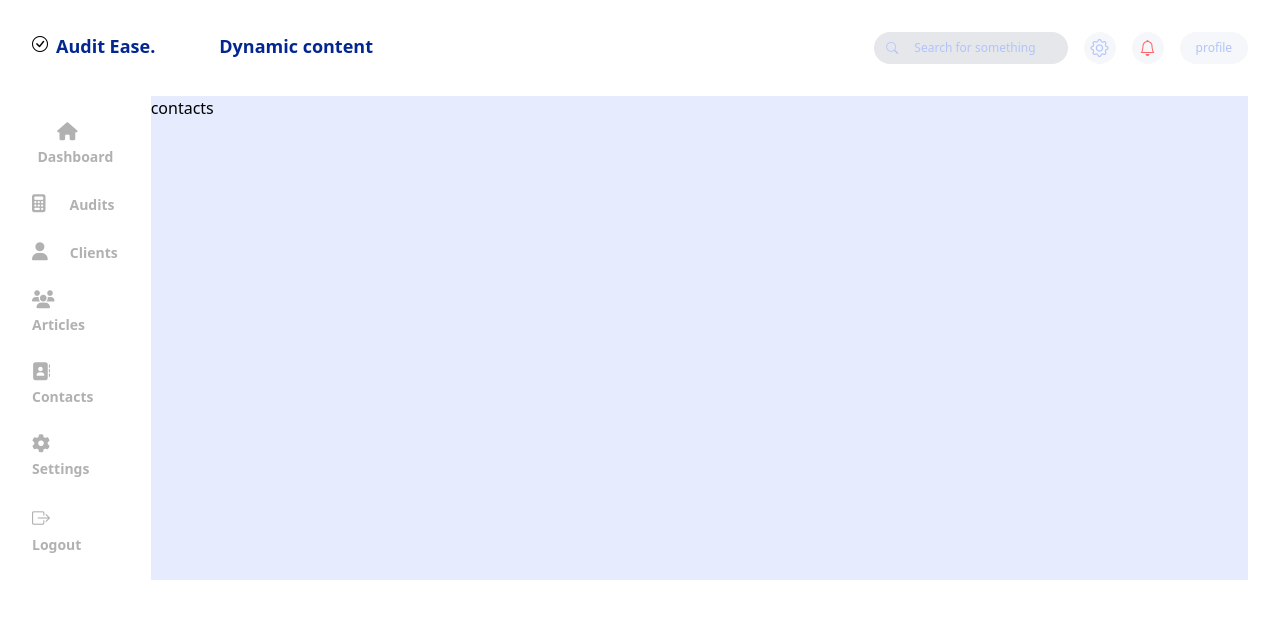
Repository: EclipticCode/Audit-Ease-FE
Page: /contacts
The author's editor kept a copy of each file at every save. The page is drawn from the files as they stood at one save, then again after a run of saves.
The browser window is 1280 px wide. The pictures show the whole page.
Some web libraries are served in a nearby version. The project was rebuilt for these pictures with package versions that can differ from the ones it lists, and the page was loaded fresh each time. Also part of the build but not shown: vite.config.js, Login.jsx, src/Navbar.jsx, src/Pages/Dashboard.jsx, src/Pages/Audits.jsx, src/Pages/Articles.jsx, src/Pages/Clients.jsx.

Above is the page before, as saved 2025-03-27 23:09:41.

After the next 2 saves:
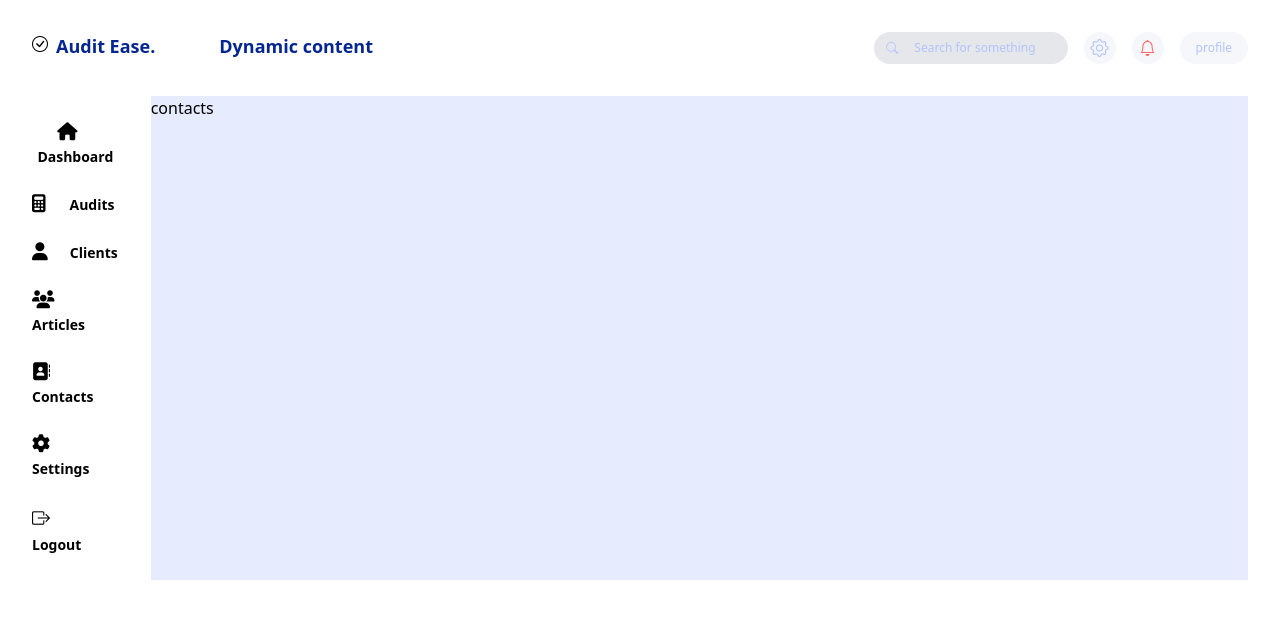
The 2 saves are shown as one change because they came seconds apart.
The last was saved 3 min 40 s later.
--- a/src/Pages/Contacts.jsx
+++ b/src/Pages/Contacts.jsx
@@ -5,7 +5,7 @@
   return (
    <div className='grid grid-cols-12 gap-4 m-8'>
       <div>
-        <div className='flex flex-col col-start-1 col-end-3 text-light-secondary mt-6'>
+        <div className='flex flex-col col-start-1 col-end-3 before:text-light-secondary mt-6'>
             <div className='mb-6'>
             <button>
             <span><i className="fa-solid fa-house mr-4 text-lg"></i></span><span className='font-semibold text-sm'>

After the save that followed:
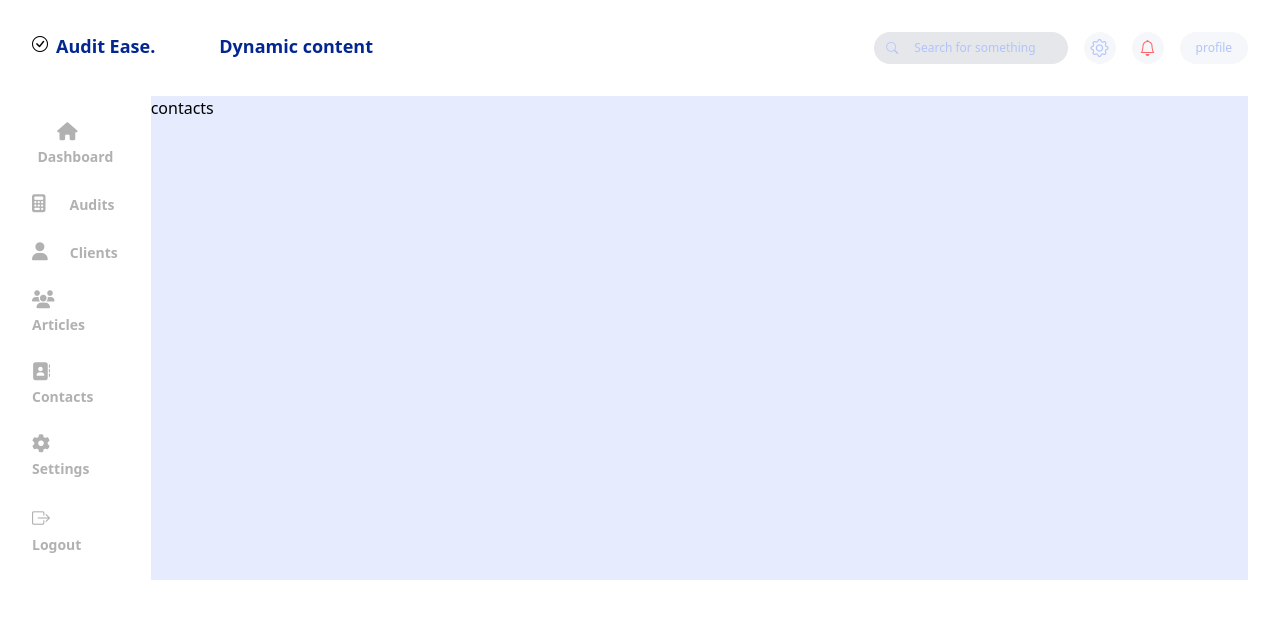
Saved 8 s later.
--- a/src/Pages/Contacts.jsx
+++ b/src/Pages/Contacts.jsx
@@ -5,7 +5,7 @@
   return (
    <div className='grid grid-cols-12 gap-4 m-8'>
       <div>
-        <div className='flex flex-col col-start-1 col-end-3 before:text-light-secondary mt-6'>
+        <div className='flex flex-col col-start-1 col-end-3 text-light-secondary mt-6'>
             <div className='mb-6'>
             <button>
             <span><i className="fa-solid fa-house mr-4 text-lg"></i></span><span className='font-semibold text-sm'>
